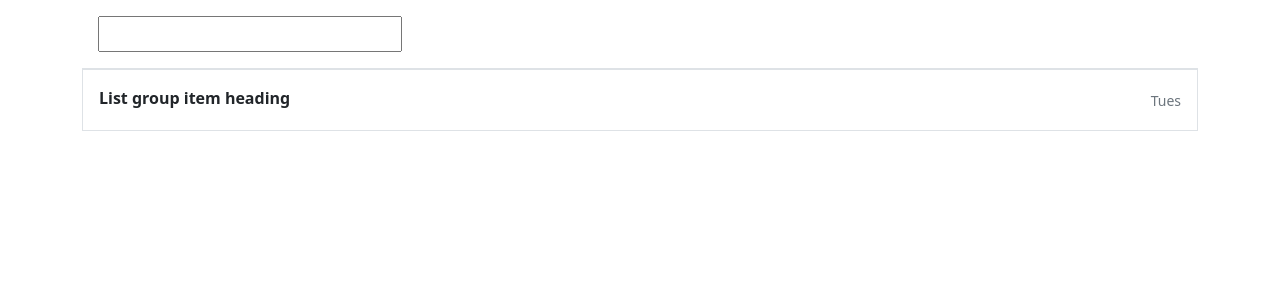
Repository: CSCI201-G32/StudyGroups
Page: / (app in react-chat/)
The author's editor kept a copy of each file at every save. The page is drawn from the files as they stood at one save, then again after the next save.
The browser window is 1280 px wide. The pictures show the whole page.
The project was rebuilt for these pictures with package versions that can differ from the ones it lists, and the page was loaded fresh each time. Also part of the build but not shown: react-chat/src/index.css.

Above is the page before, as saved 2023-11-16 07:49:20.

### react-chat/src/App.js
import {useState} from "react";

function App() {
  const[username, setUsername] = useState();

  return (
    <div className="container">
      <div className="d-flex flex-column align-items-stretch flex-shrink-0 bg-white">
        <a href="/"
        className="d-flex align-items-center flex-shrink-0 p-3 link-dark text-decoration-none border-bottom">
          <input className="fs-5 fw-semibold"/>
        </a>
      <div className="list-group list-group-flush border bottom scrollarea">
        <div className="list-group-item list-group-item-action py-3 lh-tight">
          <div className="d-flex w-100 align-items-center justify-content-between">
            <strong className="mb-1">List group item heading</strong>
            <small className="text-muted">Tues</small>
          </div>
        </div>
      </div>
      </div>
    </div>
  );
}

export default App;

Loaded but not shown: react-chat/public/index.html (common file); react-chat/src/index.js (common file); react-chat/src/reportWebVitals.js (common file)

After the next save:
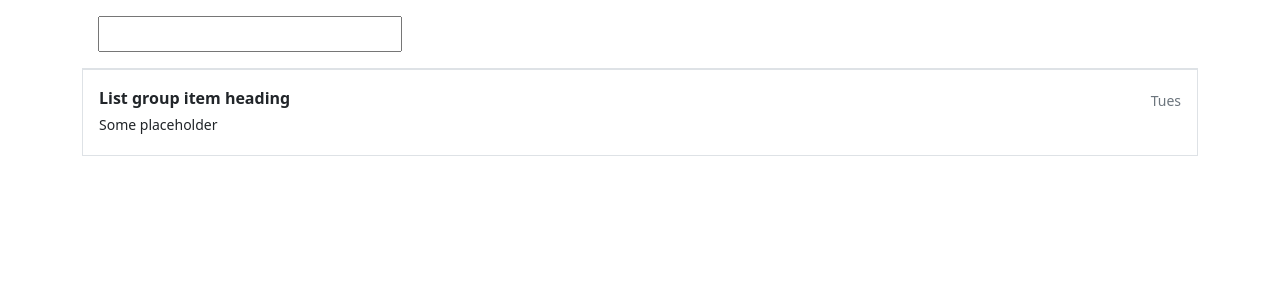
Saved 38 s later.
--- a/react-chat/src/App.js
+++ b/react-chat/src/App.js
@@ -16,6 +16,7 @@ function App() {
             <strong className="mb-1">List group item heading</strong>
             <small className="text-muted">Tues</small>
           </div>
+          <div className="col-10 mb-1 small">Some placeholder</div>
         </div>
       </div>
       </div>
